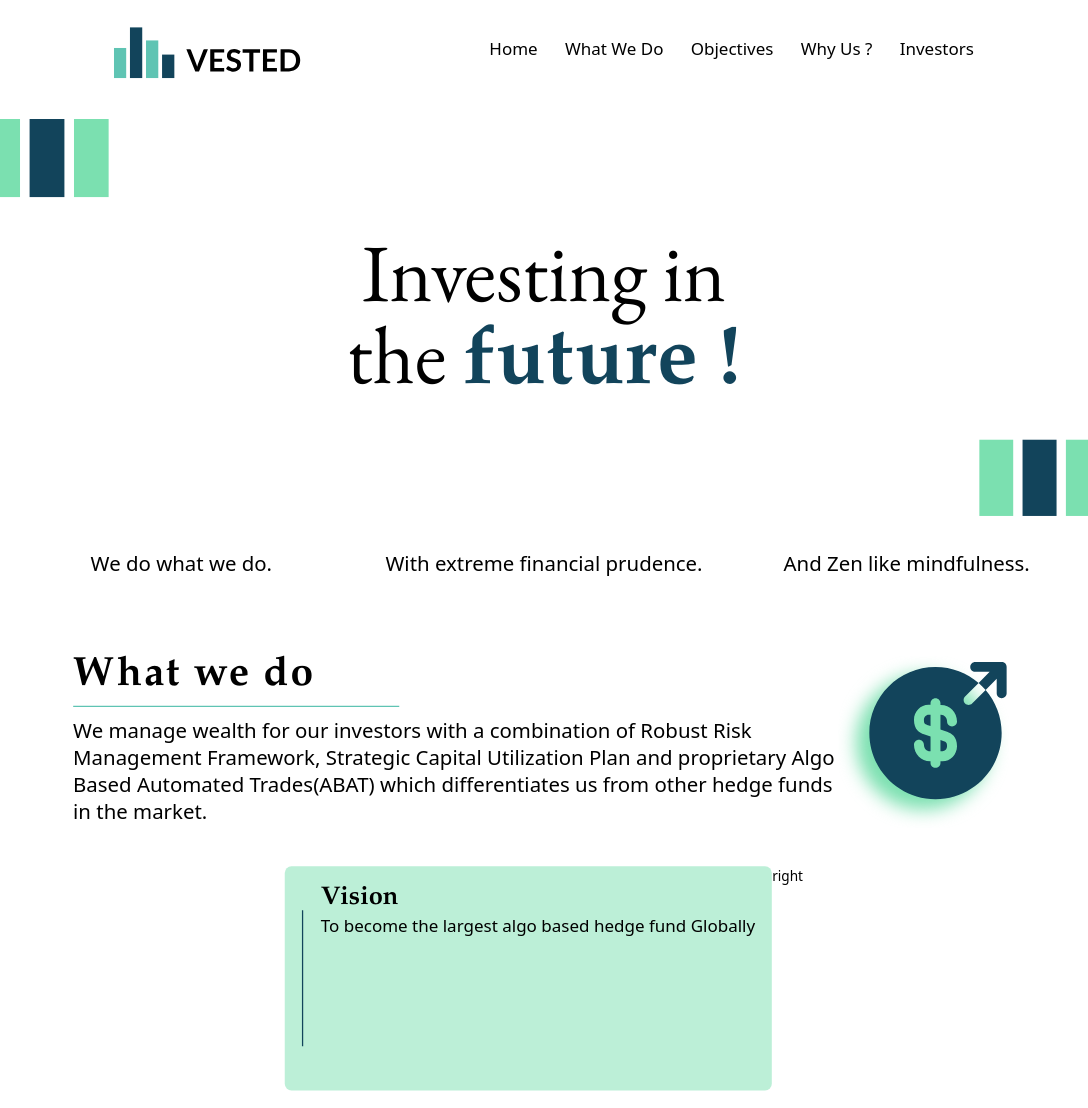
Repository: husainmamuwala/TippingPointsFinancial
Page: /
The author's editor kept a copy of each file at every save. The page is drawn from the files as they stood at one save, then again after the next save.
The browser window is 1280 px wide. The pictures show the whole page, at 85% of full size.
The project was rebuilt for these pictures with package versions that can differ from the ones it lists, and the page was loaded fresh each time. The framework's server and built-in components were replaced by stand-ins that run in the browser. Also part of the build but not shown: next.config.js.

Above is the page before, as saved 2022-10-15 18:49:43.

### pages/_document.js
import Document, { Html, Head, Main, NextScript } from "next/document";

function MyDocument() {
  return (
    <Html>
      <Head>
      <link rel="preconnect" href="https://fonts.googleapis.com"/>
<link rel="preconnect" href="https://fonts.gstatic.com" crossorigin/>
<link href="https://fonts.googleapis.com/css2?family=EB+Garamond:ital,wght@0,400;0,600;1,500&display=swap" rel="stylesheet"></link>
      </Head>
      <body>
        <Main />
        <NextScript />
      </body>
    </Html>
  );
}

export default MyDocument;

### pages/index.js
import React from "react"
import Hero from "../components/Hero"
import Nav from "../components/Nav"
import Objectives from "../components/Objectives"
import Whatwedo from "../components/Whatwedo"


export default function Home() {
  return (

    <div className="h-screen">
      <Nav/>
      <section id="home">
        <Hero/>
      </section>
      <section id="whatwedo">
        <Whatwedo/>
      </section>
      <section id="objectives">
        <Objectives/>
      </section>
    </div>

  )
}

### styles/globals.css
@tailwind base;
@tailwind components;
@tailwind utilities;

@layer base{
    @font-face{
        font-family: "Garamond";
        src: url('/fonts/Garamond.woff2') format('woff2');
        font-family: 'Montserrat', sans-serif

    }

}

### components/Hero.jsx
import React from 'react'

const Hero = () => {
  return (
    <div className='flex flex-col py-6'>
      <div className='grid grid-flow-row'>
        <div className='justify-self-start self-start w-20 md:w-32 '>
          <svg className="" width="auto" height="auto" viewBox="0 0 125 90" fill="none" xmlns="http://www.w3.org/2000/svg">
            <rect x="-17" width="40" height="90" fill="#7BE0B0" />
            <rect x="34" width="40" height="90" fill="#12445B" />
            <rect x="85" width="40" height="90" fill="#7BE0B0" />
          </svg>
        </div>
        <div className='justify-self-center w-full py-5 md:py-10'>
          <span className=' text-6xl text-center lg:text-8xl font-garamond pt-5 pb-5'>
            <span className="block">Investing in</span>
            <span className="block">the <span className='text-[#12445B] font-semibold'>future !</span></span>
          </span>
        </div>
        <div className='justify-self-end self-end w-20 md:w-32'>
          <svg className='' width="auto" height="au" viewBox="0 0 128 90" fill="none" xmlns="http://www.w3.org/2000/svg">
            <rect width="40" height="90" fill="#7BE0B0" />
            <rect x="51" width="40" height="90" fill="#12445B" />
            <rect x="102" width="40" height="90" fill="#7BE0B0" />
          </svg>
        </div>
      </div>
      <div className='grid grid-row-3 md:grid-cols-3 justify-evenly text-center
        text-xl font-Montserrat md:text-2xl md:py-10'>
        <div>
          <span>We do what we do.</span>
        </div>
        <div>
          <span>With extreme financial prudence.</span>
        </div>
        <div>
          <span>And Zen like mindfulness.</span>
        </div>
      </div>
    </div>
  )
}

export default Hero

### components/Nav.jsx
import Link from 'next/link';
import React, { useState } from 'react'
import { FiMenu } from 'react-icons/fi';
import {AiOutlineClose} from 'react-icons/ai'

const Nav = () => {
    const Links=[
        {name:"Home",link:"/"},
        {name:"What We Do",link:"#whatwedo"},
        {name:"Objectives",link:"#objectives"},
        {name:"Why Us ?",link:"#whyus"},
        {name:"Investors",link:"/investors"},
    ];
    const [open,setOpen] = useState(false);
  return (
    <div className='w-full relative top-0 font-Montserrat font-[400] bg-white'>
        <div className='sticky lg:flex py-4 lg:px-10 items-center lg:justify-around'>
            <div className='mt-2 scale-75 md:scale-100'>
                <svg width="221" height="60" viewBox="0 0 221 60" fill="none" xmlns="http://www.w3.org/2000/svg">
                <path d="M110.63 25.972L100.118 52H95.7437L85.2317 25.972H89.1197C89.5397 25.972 89.8817 26.074 90.1457 26.278C90.4097 26.482 90.6077 26.746 90.7397 27.07L96.8777 42.946C97.0817 43.462 97.2737 44.032 97.4537 44.656C97.6457 45.268 97.8257 45.91 97.9937 46.582C98.1377 45.91 98.2937 45.268 98.4617 44.656C98.6297 44.032 98.8157 43.462 99.0197 42.946L105.122 27.07C105.218 26.794 105.404 26.542 105.68 26.314C105.968 26.086 106.316 25.972 106.724 25.972H110.63ZM118.184 29.824V37.042H127.292V40.768H118.184V48.13H129.74V52H113.324V25.972H129.74V29.824H118.184ZM147.891 30.706C147.747 30.958 147.591 31.144 147.423 31.264C147.267 31.372 147.069 31.426 146.829 31.426C146.577 31.426 146.301 31.336 146.001 31.156C145.713 30.964 145.365 30.754 144.957 30.526C144.549 30.298 144.069 30.094 143.517 29.914C142.977 29.722 142.335 29.626 141.591 29.626C140.919 29.626 140.331 29.71 139.827 29.878C139.323 30.034 138.897 30.256 138.549 30.544C138.213 30.832 137.961 31.18 137.793 31.588C137.625 31.984 137.541 32.422 137.541 32.902C137.541 33.514 137.709 34.024 138.045 34.432C138.393 34.84 138.849 35.188 139.413 35.476C139.977 35.764 140.619 36.022 141.339 36.25C142.059 36.478 142.797 36.724 143.553 36.988C144.309 37.24 145.047 37.54 145.767 37.888C146.487 38.224 147.129 38.656 147.693 39.184C148.257 39.7 148.707 40.336 149.043 41.092C149.391 41.848 149.565 42.766 149.565 43.846C149.565 45.022 149.361 46.126 148.953 47.158C148.557 48.178 147.969 49.072 147.189 49.84C146.421 50.596 145.479 51.196 144.363 51.64C143.247 52.072 141.969 52.288 140.529 52.288C139.701 52.288 138.885 52.204 138.081 52.036C137.277 51.88 136.503 51.652 135.759 51.352C135.027 51.052 134.337 50.692 133.689 50.272C133.041 49.852 132.465 49.384 131.961 48.868L133.383 46.546C133.503 46.378 133.659 46.24 133.851 46.132C134.043 46.012 134.247 45.952 134.463 45.952C134.763 45.952 135.087 46.078 135.435 46.33C135.783 46.57 136.197 46.84 136.677 47.14C137.157 47.44 137.715 47.716 138.351 47.968C138.999 48.208 139.773 48.328 140.673 48.328C142.053 48.328 143.121 48.004 143.877 47.356C144.633 46.696 145.011 45.754 145.011 44.53C145.011 43.846 144.837 43.288 144.489 42.856C144.153 42.424 143.703 42.064 143.139 41.776C142.575 41.476 141.933 41.224 141.213 41.02C140.493 40.816 139.761 40.594 139.017 40.354C138.273 40.114 137.541 39.826 136.821 39.49C136.101 39.154 135.459 38.716 134.895 38.176C134.331 37.636 133.875 36.964 133.527 36.16C133.191 35.344 133.023 34.342 133.023 33.154C133.023 32.206 133.209 31.282 133.581 30.382C133.965 29.482 134.517 28.684 135.237 27.988C135.957 27.292 136.845 26.734 137.901 26.314C138.957 25.894 140.169 25.684 141.537 25.684C143.073 25.684 144.489 25.924 145.785 26.404C147.081 26.884 148.185 27.556 149.097 28.42L147.891 30.706ZM171.969 29.95H164.121V52H159.279V29.95H151.431V25.972H171.969V29.95ZM180.235 29.824V37.042H189.343V40.768H180.235V48.13H191.791V52H175.375V25.972H191.791V29.824H180.235ZM219.194 38.986C219.194 40.894 218.876 42.646 218.24 44.242C217.604 45.838 216.71 47.212 215.558 48.364C214.406 49.516 213.02 50.41 211.4 51.046C209.78 51.682 207.98 52 206 52H196.082V25.972H206C207.98 25.972 209.78 26.296 211.4 26.944C213.02 27.58 214.406 28.474 215.558 29.626C216.71 30.766 217.604 32.134 218.24 33.73C218.876 35.326 219.194 37.078 219.194 38.986ZM214.226 38.986C214.226 37.558 214.034 36.28 213.65 35.152C213.278 34.012 212.732 33.052 212.012 32.272C211.304 31.48 210.44 30.874 209.42 30.454C208.412 30.034 207.272 29.824 206 29.824H200.942V48.148H206C207.272 48.148 208.412 47.938 209.42 47.518C210.44 47.098 211.304 46.498 212.012 45.718C212.732 44.926 213.278 43.966 213.65 42.838C214.034 41.698 214.226 40.414 214.226 38.986Z" fill="black"/>
                <rect y="24.4445" width="14.4444" height="35.5556" fill="#5FC4B3"/>
                <rect x="18.8889" width="14.4444" height="60" fill="#12445B"/>
                <rect x="37.7778" y="15.5555" width="14.4444" height="44.4444" fill="#5FC4B3"/>
                <rect x="56.6667" y="32.2222" width="14.4444" height="27.7778" fill="#12445B"/>
                </svg>

            </div>
            <div onClick={()=>setOpen(!open)}
                 className='text-3xl absolute right-8 top-11 pr-8 cursor-pointer lg:hidden'>
                    {!open ? <FiMenu size={40}/> : <AiOutlineClose size={40}/>}
            </div>

            <ul className={`lg:flex lg:flex-row lg:items-center font-Montserrat pb-12 lg:pb-0
            absolute lg:static bg-white lg:z-auto z-[-1] w-full left-0  lg:pl-0 pl-9 lg:w-auto
            transition-all duration-500 ease-in
            ${open ? "flex-col" : "hidden"}`}>
                {
                    Links.map((link)=>(
                        <li onClick={() => setOpen(false)} key={link.link} className="md:ml-8 text-xl my-7 hover:text-[#5FC4B3]
                         relative transition-all hover:top-1">
                            <Link href={link.link}
                            className="font-Monteserrat">
                                {link.name}
                            </Link>
                        </li>
                    ))
                }
            </ul>
        </div>
    </div>
  )
}

export default Nav

### components/Objectives.jsx
import React from 'react'

const Objectives = () => {
  const data = [
    {title:"Vision",desc:""}
  ]
  return (
    <div className='flex flex-col md:flex-row justify-center py-5 px-10 md:px-0'>
        <div className=''>
          <div className='relative w-full bg-[#7BE0B0] bg-opacity-50 rounded-lg p-5 flex flex-row '>
              <div className='pr-5 h-28 lg:h-56'>
                  <svg width="2" height="auto" viewBox="0 0 2 160" fill="none" xmlns="http://www.w3.org/2000/svg">
                  <line x1="1" y1="4.37114e-08" x2="0.999993" y2="160" stroke="#12445B" stroke-width="2"/>
                  </svg>
              </div>
              <div>
                <h1 className='text-3xl font-semibold font-garamond'>Vision</h1>
                <p className='font-montserrat text-xl'>To become the largest algo based hedge fund Globally </p>
              </div>
          </div>

        </div>
          <div>
              right
          </div>

    </div>
  )
}

export default Objectives

### components/Whatwedo.tsx
import React from 'react'


const whatwedo = () => {
    return (
        <div className='py-5 px-10 flex md:flex-row flex-col justify-center'>
            <div className='md:w-3/4'>
                <div>
                    <h4 className='text-3xl md:text-5xl font-garamond font-semibold py-2 tracking-wider'>
                        What we do
                    </h4>

                    <svg className="lg:w-96 lg:h-2" width="auto" height="2" viewBox="0 0 589 2" fill="none" xmlns="http://www.w3.org/2000/svg">
                        <line y1="1" x2="589" y2="1" stroke="#5FC4B3" strokeWidth="2" />
                    </svg>

                    <p className='py-2 text-xl md:text-2xl'>
                        We manage wealth for our investors with a combination of Robust Risk Management Framework,
                        Strategic Capital Utilization Plan and proprietary Algo Based Automated Trades(ABAT)
                        which differentiates us from other hedge funds in the market.
                    </p>
                </div>
            </div>
            <div className='w-52 hidden md:block lg:self-center'>
                <svg width="auto" height="auto" viewBox="0 0 226 223" fill="none" xmlns="http://www.w3.org/2000/svg">
                    <g filter="url(#filter0_f_6_45)">
                        <circle cx="109.027" cy="113.259" r="86.0274" fill="#7BE0B0" />
                    </g>
                    <path d="M109.698 84.8371C109.698 89.4046 110.967 90.0812 113.843 91.0962L118.156 92.6187V78.2396H115.619C112.405 78.2396 109.698 81.2 109.698 84.8371ZM130.844 124.76H133.381C136.68 124.76 139.302 121.8 139.302 118.163C139.302 113.595 138.033 112.919 135.158 111.904L130.844 110.381V124.76Z" fill="#12445B" />
                    <path d="M188.614 46.3517L171.275 63.6913C170.006 64.96 168.399 65.5521 166.792 65.5521C165.185 65.5521 163.578 64.96 162.309 63.6913C161.129 62.4975 160.467 60.8867 160.467 59.2083C160.467 57.53 161.129 55.9192 162.309 54.7254L179.648 37.3858C164.762 24.6983 145.561 16.9167 124.5 16.9167C77.81 16.9167 39.9167 54.81 39.9167 101.5C39.9167 148.19 77.81 186.083 124.5 186.083C171.19 186.083 209.083 148.19 209.083 101.5C209.083 80.4388 201.302 61.2383 188.614 46.3517ZM139.302 99.9775C144.715 101.923 151.99 105.814 151.99 118.248C151.99 128.82 143.616 137.533 133.381 137.533H130.844V139.647C130.844 143.115 127.968 145.991 124.5 145.991C121.032 145.991 118.156 143.115 118.156 139.647V137.533H117.48C106.23 137.533 97.0104 128.059 97.0104 116.387C97.0104 112.834 99.8863 109.958 103.354 109.958C106.822 109.958 109.698 112.834 109.698 116.302C109.698 120.954 113.166 124.76 117.48 124.76H118.156V105.983L109.698 103.023C104.285 101.077 97.0104 97.1863 97.0104 84.7525C97.0104 74.1796 105.384 65.4675 115.619 65.4675H118.156V63.4375C118.156 59.9696 121.032 57.0938 124.5 57.0938C127.968 57.0938 130.844 59.9696 130.844 63.4375V65.5521H131.52C142.77 65.5521 151.99 75.0254 151.99 86.6979C151.99 90.1658 149.114 93.0417 145.646 93.0417C142.178 93.0417 139.302 90.1658 139.302 86.6979C139.302 82.0458 135.834 78.2396 131.52 78.2396H130.844V97.0171L139.302 99.9775ZM214.92 14.4638C214.251 12.9061 213.009 11.6647 211.452 10.9958C210.691 10.7256 209.891 10.5827 209.083 10.5729H175.25C171.782 10.5729 168.906 13.4488 168.906 16.9167C168.906 20.3846 171.782 23.2604 175.25 23.2604H193.774L179.648 37.3858C182.863 40.1771 185.823 43.1375 188.614 46.3517L202.74 32.2263V50.75C202.74 54.2179 205.615 57.0938 209.083 57.0938C212.551 57.0938 215.427 54.2179 215.427 50.75V16.9167C215.427 16.0708 215.258 15.3096 214.92 14.4638Z" fill="#12445B" />
                    <defs>
                        <filter id="filter0_f_6_45" x="0" y="4.2317" width="218.055" height="218.055" filterUnits="userSpaceOnUse" colorInterpolationFilters="sRGB">
                            <feFlood floodOpacity="0" result="BackgroundImageFix" />
                            <feBlend mode="normal" in="SourceGraphic" in2="BackgroundImageFix" result="shape" />
                            <feGaussianBlur stdDeviation="11.5" result="effect1_foregroundBlur_6_45" />
                        </filter>
                    </defs>
                </svg>
            </div>
        </div>
    )
}

export default whatwedo

### tailwind.config.js
/** @type {import('tailwindcss').Config} */
module.exports = {
  content: [
    "./pages/**/*.{js,ts,jsx,tsx}",
    "./components/**/*.{js,ts,jsx,tsx}",
  ],
  theme: {
    extend: {
      fontFamily: {
        garamond:'Garamond'
      }
    },
  },
  plugins: [],
}

Loaded but not shown: pages/_app.js (common file)

After the next save:
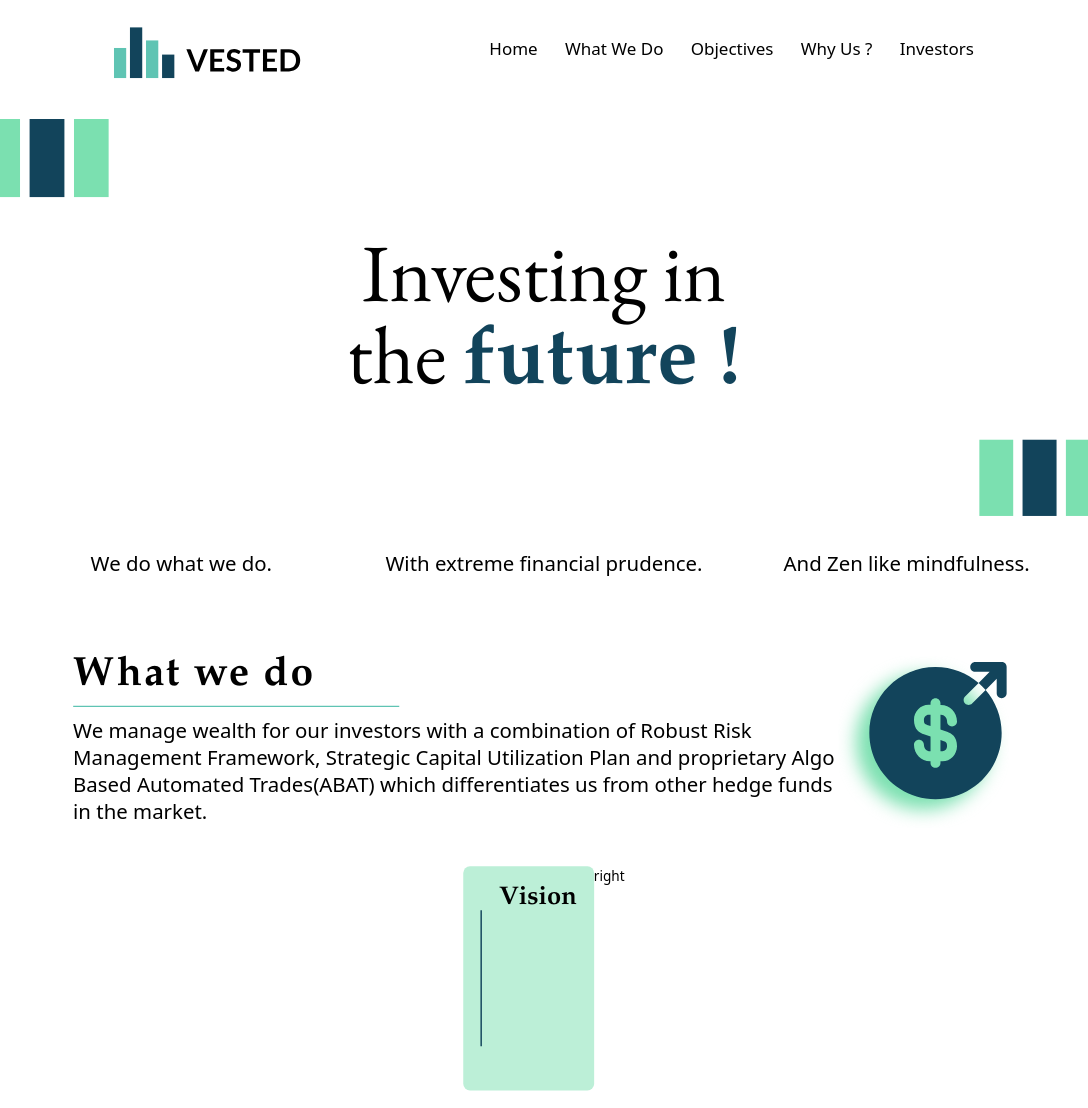
Saved 6 s later.
--- a/components/Objectives.jsx
+++ b/components/Objectives.jsx
@@ -15,7 +15,7 @@
               </div>
               <div>
                 <h1 className='text-3xl font-semibold font-garamond'>Vision</h1>
-                <p className='font-montserrat text-xl'>To become the largest algo based hedge fund Globally </p>
+                <p className='font-montserrat text-xl'> </p>
               </div>
           </div>
 
